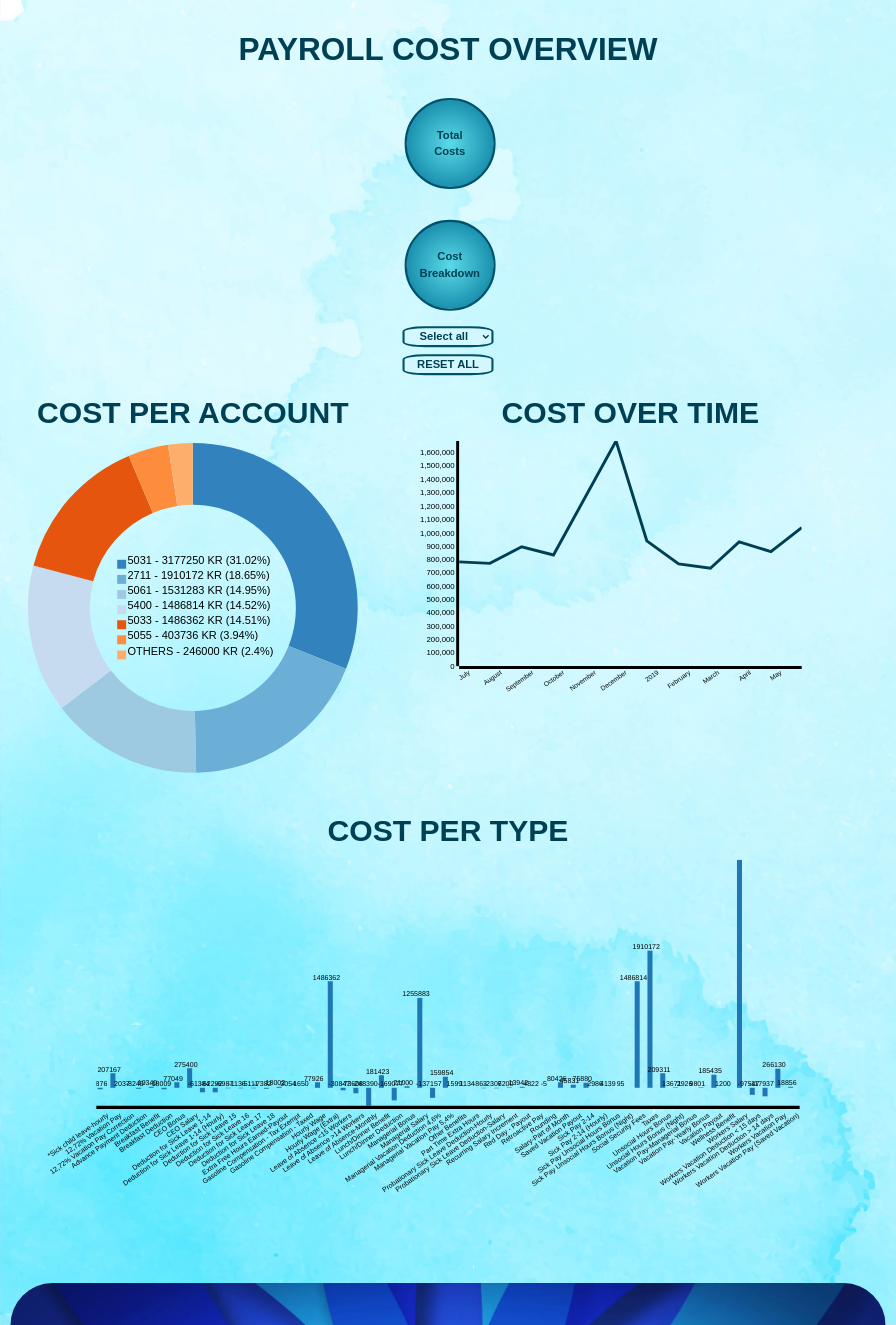
Repository: Code-Institute-Submissions/danfiliphoff-Milestoneproject-2
Page: account.html
The author's editor kept a record of every edit. The page is drawn from the files as they stood at one moment, then again after the next edit.
The browser window is 1280 px wide. The pictures show the whole page, at 70% of full size.

Above is the page before.

After the next edit:
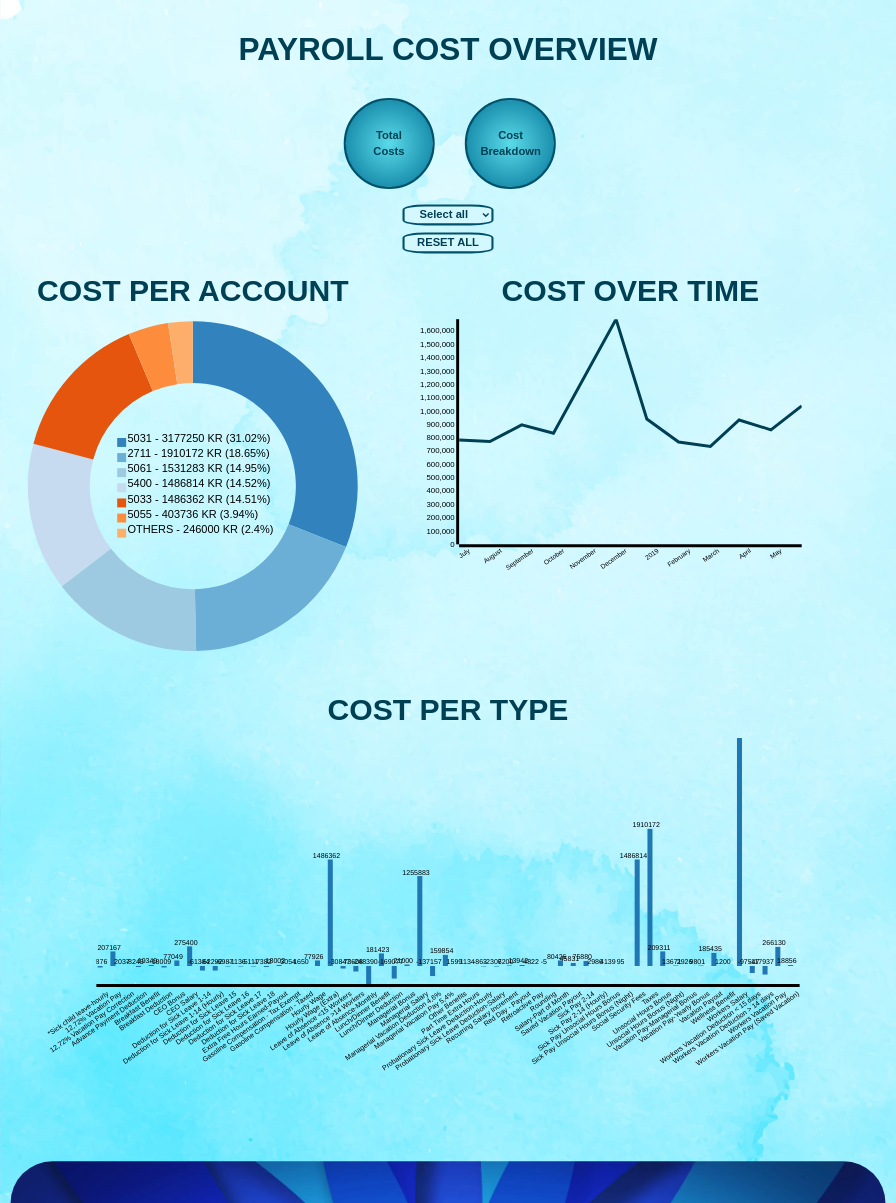
The edit:
--- a/static/css/style.css
+++ b/static/css/style.css
@@ -85,10 +85,8 @@
   right: 0;
 }
 
-.navigation-link{
-    style: display: inline;
-    action: total_cost.html;
-    method: get;
+.navigation-link-inline{
+    display: inline;
 }
 
 
